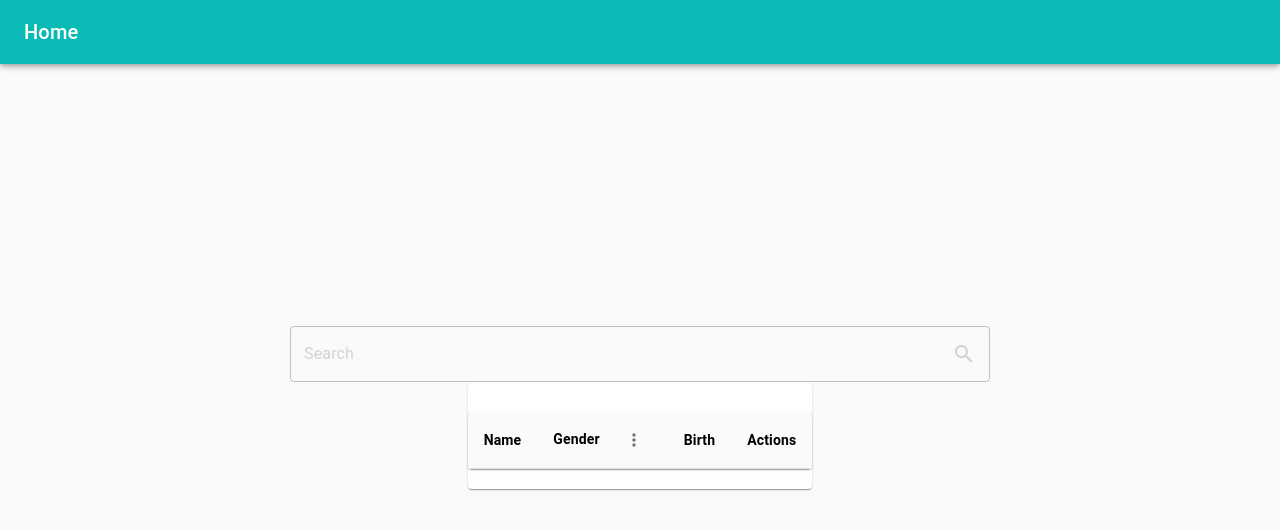
Repository: GabrielBrandaoProjetos/patient-manager
Page: /
The author's editor kept a copy of each file at every save. The page is drawn from the files as they stood at one save, then again after the next save.
The browser window is 1280 px wide. The pictures show the whole page.
The page's requests for data from a server got no answer. The project was rebuilt for these pictures with package versions that can differ from the ones it lists, and the page was loaded fresh each time. No one was signed in, and anything a server would have sent is missing. Also part of the build but not shown: src/components/Modal/PatientModal.style.ts, src/components/Modal/PatientModal.tsx, src/components/InfiniteScroll/InfiniteScroll.tsx.

Above is the page before, as saved 2021-09-18 20:53:49.

After the next save:
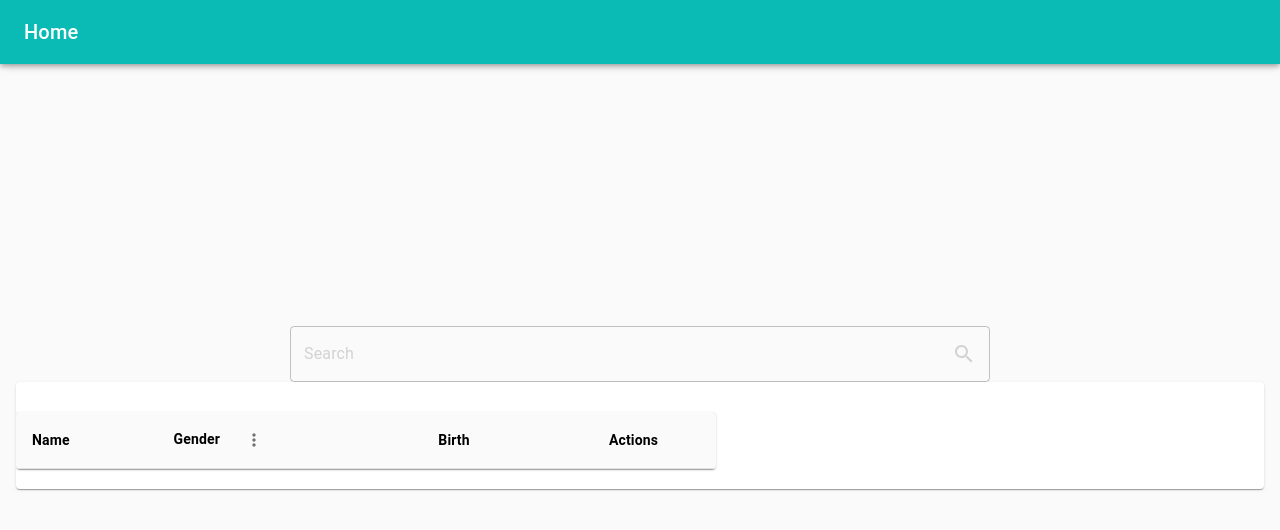
Saved 28 s later.
--- a/src/pages/Home/Home.tsx
+++ b/src/pages/Home/Home.tsx
@@ -91,7 +91,7 @@
           labelWidth={70}
         />
       </FormControl>
-      <Paper sx={{ width: '100%', overflow: 'hidden' }}>
+      <Paper style={{ width: '100%', overflow: 'hidden' }}>
       <TableContainer component={Paper} className={classes.tableContainer}>
         <Table stickyHeader aria-label="sticky table">
           <TableHead>

After the save that followed:
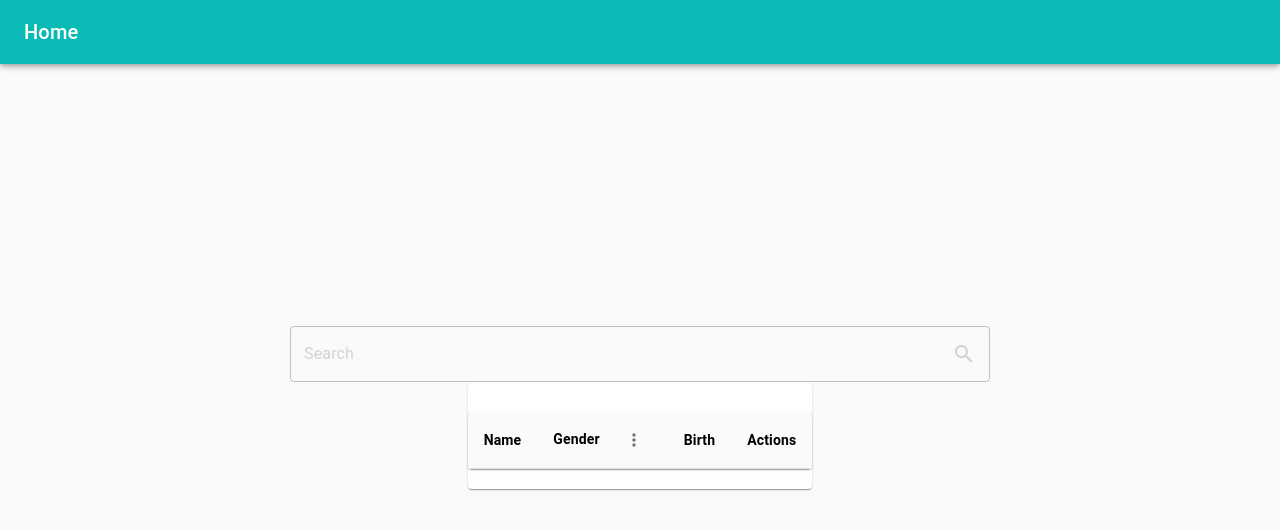
Saved 27 s later.
--- a/src/pages/Home/Home.tsx
+++ b/src/pages/Home/Home.tsx
@@ -91,7 +91,7 @@
           labelWidth={70}
         />
       </FormControl>
-      <Paper style={{ width: '100%', overflow: 'hidden' }}>
+      <Paper >
       <TableContainer component={Paper} className={classes.tableContainer}>
         <Table stickyHeader aria-label="sticky table">
           <TableHead>
